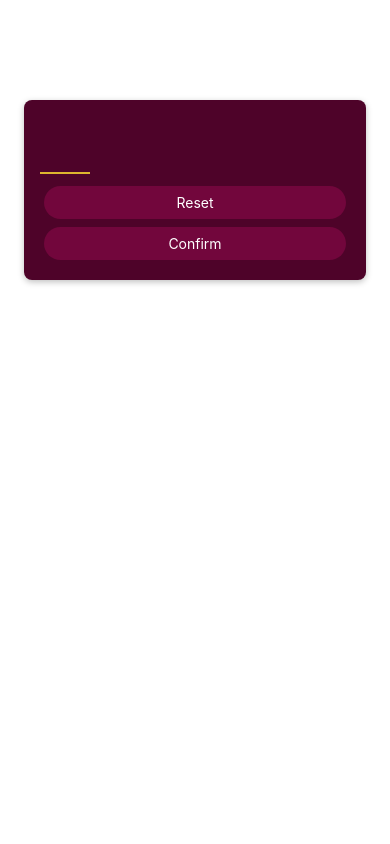
Repository: GarlicButterBoy/Number-Guessing-Game
Screen: /
An editor plug-in stored every save of this project. The screen is shown before and after the next save, followed by the edit.
The app was drawn by React Native's web renderer in a window 390 px wide. The project was rebuilt for these pictures with package versions that can differ from the ones it lists, and the page was loaded fresh each time.

Above is the screen before, as saved 2024-05-03 09:08:14.

After the next save:
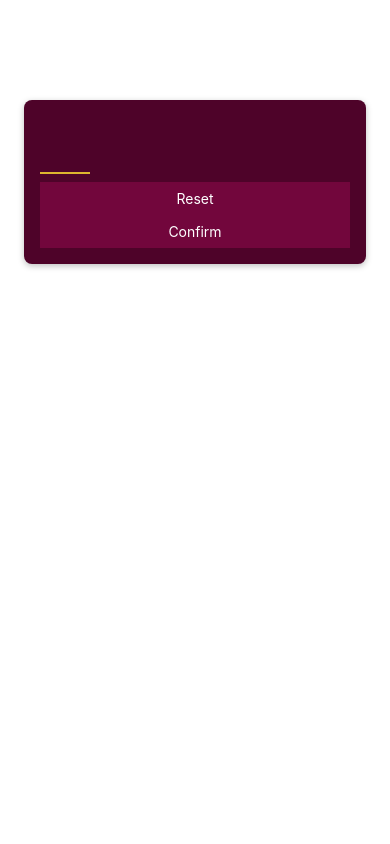
Saved 29 s later.
--- a/components/PrimaryButton.js
+++ b/components/PrimaryButton.js
@@ -5,7 +5,7 @@ function PrimaryButton({ children }) {
     console.log("Pressed!");
   }
   return (
-    <View style={styles.buttonOuterContainer}>
+    <View style={() => styles.buttonOuterContainer}>
       <Pressable
         style={styles.buttonInnerContainer}
         onPress={pressHandler}
